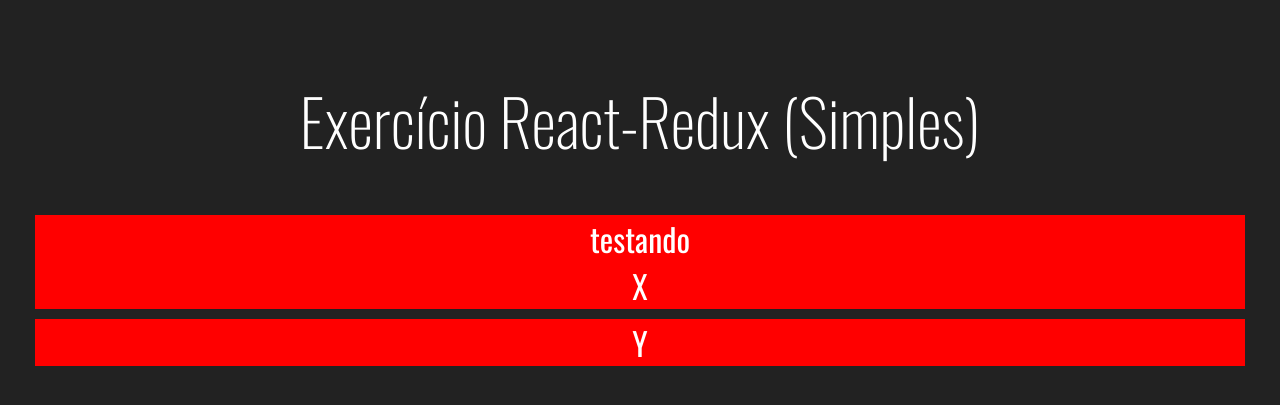
Repository: WellysonP/testando-react-redux
Page: /
The author's editor kept a copy of each file at every save. The page is drawn from the files as they stood at one save, then again after the next save.
The browser window is 1280 px wide. The pictures show the whole page.
The project was rebuilt for these pictures with package versions that can differ from the ones it lists, and the page was loaded fresh each time.

Above is the page before, as saved 2023-01-12 16:34:46.

### public/index.html
<!DOCTYPE html>
<html lang="en">
  <head>
    <link rel="preconnect" href="https://fonts.googleapis.com">
<link rel="preconnect" href="https://fonts.gstatic.com" crossorigin>
<link href="https://fonts.googleapis.com/css2?family=Oswald:wght@200;300;400;500;600;700&display=swap" rel="stylesheet">
    <meta charset="utf-8" />
    <link rel="icon" href="%PUBLIC_URL%/favicon.ico" />
    <meta name="viewport" content="width=device-width, initial-scale=1" />
    <meta name="theme-color" content="#000000" />
    <meta
      name="description"
      content="Web site created using create-react-app"
    />
    <link rel="apple-touch-icon" href="%PUBLIC_URL%/logo192.png" />
    <!--
      manifest.json provides metadata used when your web app is installed on a
      user's mobile device or desktop. See https://developers.google.com/web/fundamentals/web-app-manifest/
    -->
    <link rel="manifest" href="%PUBLIC_URL%/manifest.json" />
    <!--
      Notice the use of %PUBLIC_URL% in the tags above.
      It will be replaced with the URL of the `public` folder during the build.
      Only files inside the `public` folder can be referenced from the HTML.

      Unlike "/favicon.ico" or "favicon.ico", "%PUBLIC_URL%/favicon.ico" will
      work correctly both with client-side routing and a non-root public URL.
      Learn how to configure a non-root public URL by running `npm run build`.
    -->
    <title>React App</title>
  </head>
  <body>
    <noscript>You need to enable JavaScript to run this app.</noscript>
    <div id="root"></div>
    <!--
      This HTML file is a template.
      If you open it directly in the browser, you will see an empty page.

      You can add webfonts, meta tags, or analytics to this file.
      The build step will place the bundled scripts into the <body> tag.

      To begin the development, run `npm start` or `yarn start`.
      To create a production bundle, use `npm run build` or `yarn build`.
    -->
  </body>
</html>

### src/index.css
body{
  background-color: #222;
  font-size: 2rem;
  font-family: Oswald;
  color: #fff;
  margin: 30px;
}

### src/App.js
import logo from './logo.svg';
import './App.css';
import Card from './components/Card';

function App() {
  return (
    <div className="App">
      <h1>Exercício React-Redux (Simples)</h1>
      <div className='linha'>
      <Card title="testando">
        X
        </Card>
      </div>
      <div className='linha'>
      <Card>
        Y
        </Card>
      </div>
    </div>
  );
}

export default App;

### src/App.css
.App{
  display: flex;
  flex-direction: column;
  text-align: center;
}

h1{
  font-weight: 200;
}

.linha{
  display: flex;
}

### src/components/Card.jsx
import "./Card.css"

export default props => {
    return (
        <div className="Card">
            <div className="Header">
                <span className="Title">{props.title}</span>
            </div>
            <div className="Content">
                {props.children}
            </div>
        </div>
    )
}

### src/components/Card.css
.Card{
    flex: 1;
    display: flex;
    flex-direction: column;
    margin: 5px;
    background-color: red;
}

.Card .Header{
    display: flex;
    flex-direction: row;
    justify-content: center;
}

Loaded but not shown: src/index.js (common file); src/reportWebVitals.js (common file)

After the next save:
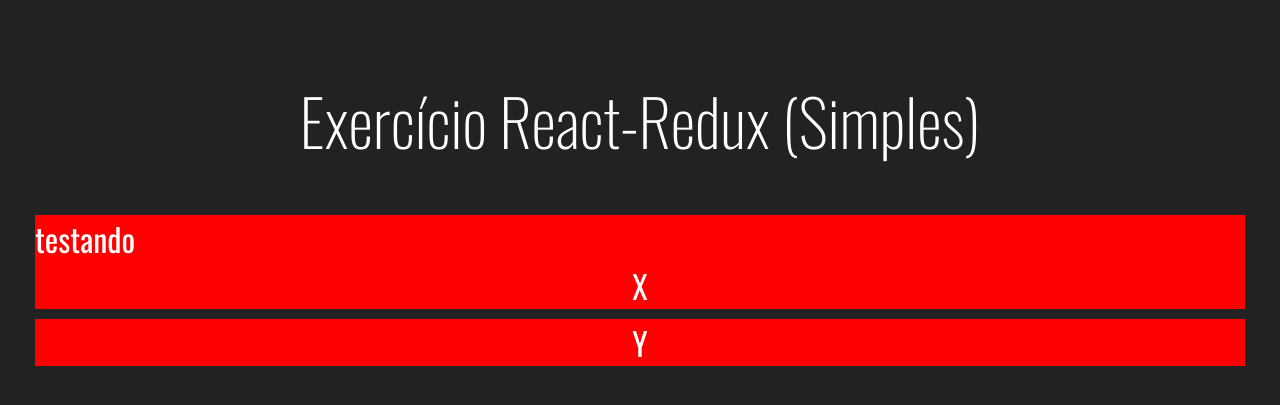
Saved 8 s later.
--- a/src/components/Card.css
+++ b/src/components/Card.css
@@ -9,5 +9,5 @@
 .Card .Header{
     display: flex;
     flex-direction: row;
-    justify-content: center;
+    justify-content: start;
 }
